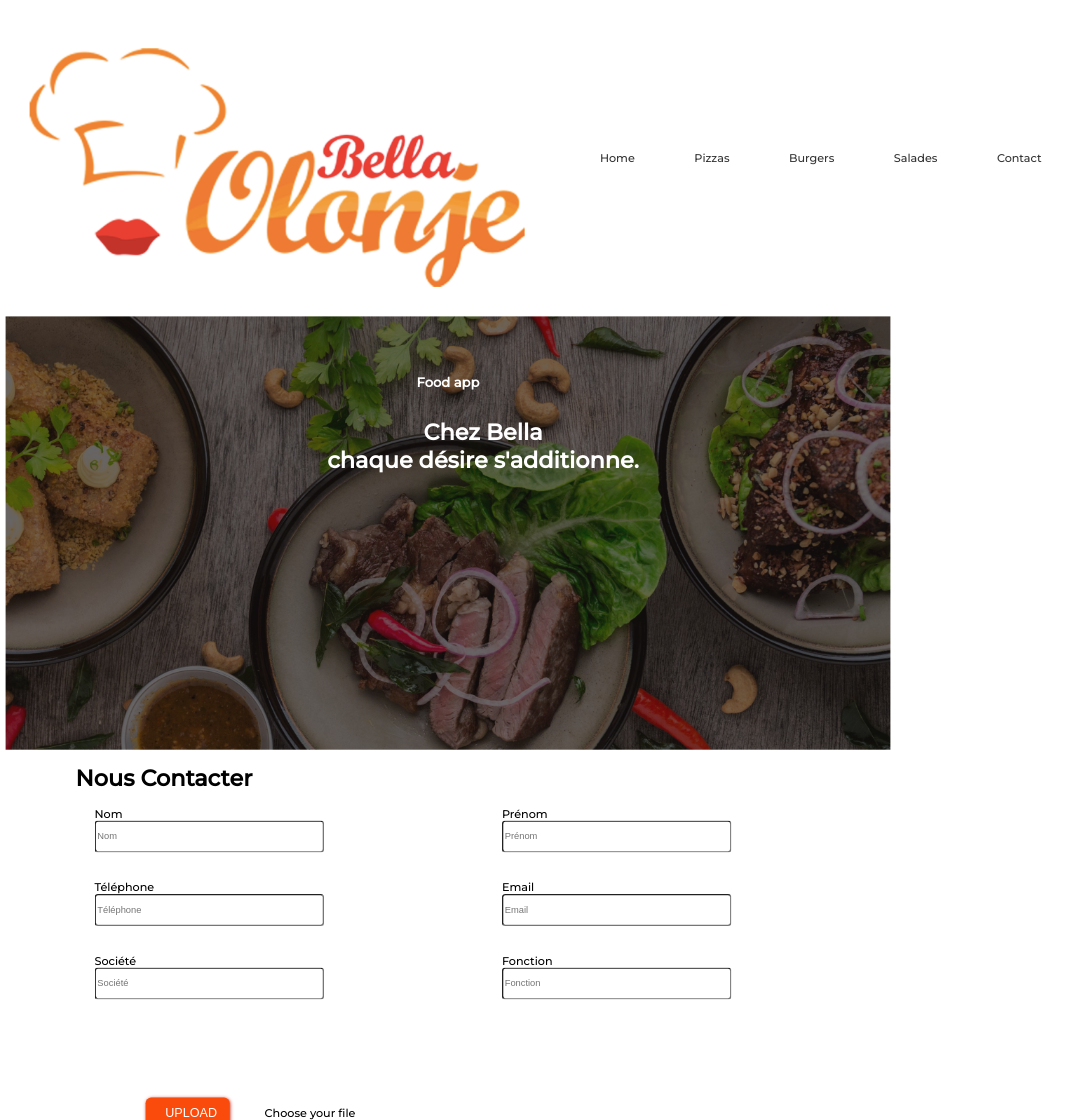
Repository: Ahlam-belhadj/bella-olange
Page: index3.html
An editor plug-in stored every save of this project. The page is shown before and after the next save, followed by the edit.
The browser window is 1280 px wide. The page is 1543 px wide, then 1280 px, then 1543 px, so the pictures cover 1543 px, including what lies to the right of the window. The pictures show the part of the page from y = 0 to 1600 px (the page is 2792 px tall before and 2787 px after), at 70% of full size.

Above is the page before, as saved 2023-02-14 16:43:13.

### index3.html
<!DOCTYPE html>
<html lang="en">

<head>
    <meta charset="UTF-8">
    <meta http-equiv="X-UA-Compatible" content="IE=edge">
    <meta name="viewport" content="width=device-width, initial-scale=1.0">
    <link rel="stylesheet" href="style3.css">
    <script src="https://www.google.com/recaptcha/api.js" async defer></script>
    <title>Bella olanje</title>
</head>

<body>
    <header>

        <nav>
            <ul class="nav-bar">
                <div class="logo"><a href='#'><img src="image/logo_bella_olonje.png" alt="jsp"></a></div>
                <input type="checkbox" id="check" />
                <span class="menu">
                    <li><a href="index.html" class="nav-link">Home</a></li>
                    <li><a href="#pizza" class="nav-link">Pizzas</a></li>
                    <li><a href="#burger" class="nav-link">Burgers</a></li>
                    <li><a href="#salades" class="nav-link">Salades</a></li>
                    <li><a href="index3.html" class="nav-link">Contact</a></li>
                    <label for="check" class="close-menu"><i class="fas fa-times"></i></label>
                </span>
                <label for="check" class="open-menu"><i class="fas fa-bars"></i></label>
            </ul>
        </nav>
        <div class="title">
            <div class="texte">
                <h3>Food app</h3>
                <h1>Chez Bella <br>
                    chaque désire s'additionne.</h1>
            </div>
        </div>
    </header>
    <main>
    <div class="information">
        <form>
            <h1>Nous Contacter</h1>
            <div class="commande">
                <div class="info1">
                    <div class="label">
                        <label>Nom</label>
                        <br>
                        <input type="text" placeholder="Nom">
                    </div>
                    <div class="label">
                        <label>Prénom</label>
                        <br>
                        <input type="text" placeholder="Prénom">
                    </div>
                </div>
                <div class="info2">
                    <div class="label">
                        <label>Téléphone</label>
                        <br>
                        <input type="text" placeholder="Téléphone">
                    </div>
                    <div class="label">
                        <label>Email</label>
                        <br>
                        <input type="email" placeholder="Email">
                    </div>
                </div>
                <div class="info1">
                    <div class="label">
                        <label>Société</label>
                        <br>
                        <input type="text" placeholder="Société">
                    </div>
                    <div class="label">
                        <label>Fonction</label>
                        <br>
                        <input type="email" placeholder="Fonction">
                    </div>
                </div>

            </div>
        </form>
    </div>


    <div class="chose">
        <div class="div_button">
            <button class="button1" type="button">UPLOAD</button>
            <p>Choose your file</p>
        </div>
    </div>

    <div>
        <div class="g-recaptcha toto" data-sitekey="6Lff4ygkAAAAABA1RWNuq8ewgkRZaDD-yAWqFs1t"></div>
    </div>

    <div class="grp_choose">
        <div class="choose_message">
            <div class="label_choose">
                <label>Objet</label><br>
                <input type="text" placeholder="Objet">
            </div>
            <div class="label_message">
                <label>Message</label><br>
                <textarea placeholder="Message"></textarea>
            </div>
        </div>
    </div>


    <div class="maps">
        <iframe
            src="https://www.google.com/maps/embed?pb=!1m18!1m12!1m3!1d6464.54830951471!2d2.4294808287259815!3d48.785241545980085!2m3!1f0!2f0!3f0!3m2!1i1024!2i768!4f13.1!3m3!1m2!1s0x47e67344bd2d57f1%3A0x2a84a845271b523a!2sAFPA!5e0!3m2!1sfr!2sfr!4v1674668360985!5m2!1sfr!2sfr"
            width="600" height="450" style="border:0;" allowfullscreen="" loading="lazy"
            referrerpolicy="no-referrer-when-downgrade"></iframe>
    </div>


    <div class="button1">
        <button class="button">Envoyer</button>
    </div>
</main>
</body>

</html>

### style3.css
@import url('https://fonts.googleapis.com/css2?family=Montserrat:wght@100;200;500&display=swap');

body {
    font-family: Montserrat, sans-serif;
}
main {
    overflow-x: hidden;
  }


  .nav-bar {
      width: 100%;
      display: flex;
      justify-content: space-between;
      align-items: center;
      list-style: none;
      position: relative;
      background-color: #FFF;
      padding: 12px 20px;
  }

  .menu {
      display: flex;
  }

  .menu li {
      padding-left: 30px;
      padding-right: 55px;
  }

  .menu li a {
      display: inline-block;
      text-decoration: none;
      color: #333;
      text-align: center;
      position: relative;
  }

  .menu li a:hover {
      color: #FA4A0C;
  }

  .open-menu {
      position: absolute;
      color: #FA4A0C;
      cursor: pointer;
      font-size: 1.5rem;
      display: none;
  }

  .close-menu {
      position: absolute;
      color: #333;
      cursor: pointer;
      font-size: 1.5rem;
      display: none;
      padding: 10px;
  }

  .open-menu {
      top: 50%;
      right: 20px;
      transform: translateY(-50%);
  }

  .close-menu {
      top: 20px;
      right: 20px;
  }

  #check {
      display: none;
  }

  @media(max-width: 920px) {
      .menu {
          flex-direction: column;
          align-items: center;
          width: 60%;
          height: 100vh;
          position: fixed;
          top: 0;
          right: -100%;
          z-index: 100;
          background-color: rgb(255, 88, 70);
          transition: all 0.2s ease-in-out;
          padding-top: 100px;
      }

      .menu li {
          margin-top: 40px;
      }

      .menu li a {
          padding: 10px;
          color: #FFF;
      }

      .open-menu {
          display: block;
          padding-right: 25px;
          padding-top: 13px;
      }

      .close-menu {
          display: block;
          color: #FFF;
          padding-right: 25px;
          padding-top: 22px;
      }

      #check:checked~.menu {
          right: 0;
      }

      .menu li a:hover {
          color: #333;
      }

      .nav-link {
          font-family: Montserrat;
          letter-spacing: .8px;
      }
  }


/* .toto {
    width: 50%;
    border: #B73227 1px;
} */




.title {
    background-image: url(image/Rectangle\ 48.png);
    height: 619px;
    background-repeat: no-repeat;
    background-position: center;
    background-size: cover;



}

.texte {
    color: white;
    display: flex;
    align-items: center;
    justify-content: center;
    flex-direction: column;
    text-align: center;
    height: 50%;
}

/* header */

h1 {
    padding-left: 100px;
}


h2 {
    text-align: center;
    padding-bottom: 20px;
}

.info1 {
    display: flex;
    justify-content: space-around;
    padding-right: 100px;
}

.info2 {
    display: flex;
    justify-content: space-around;
    padding-right: 100px;
}

input {
    width: 320px;
    height: 40px;
    border-radius: 5px;
    margin-bottom: 40px;

}


.maps {
    display: flex;

    padding-left: 200px;
}

iframe {
    width: 941px;
    height: 500px;
    left: 100px;
    top: 1875px;

}


/* button */
button {
    border: 0;
    line-height: 2.5;
    width: 120px;
    padding: 0 18px;
    font-size: 18px;
    text-align: center;
    color: #fff;
    border-radius: 20px;
    background-color: #FA4A0C;
    box-shadow: 1px 1px 5px #B73227;


}

.button1 {
    display: flex;
    justify-content: end;
    margin: 50px 0px 35px 100px;
    border-radius: 8px;
}

p {
    margin-top: 63px;
    margin-left: 50px;
}

.btn {
    display: flex;
}


.div_button {
    padding: 50px 0px 35px 100px;
    display: flex;
}

/* button */


.chose {
    display: flex;
}

.grp_choose {
    padding-left: 200px;
}

.label_choose input {
    width: 938px;
    height: 35px;
    margin-bottom: 20px;
    margin-top: 10px;
    padding: 5px 12px;
    color: grey;
    border-radius: 5px;
    border-color: gray;
}

.label_message {
    padding-top: 25px;
}

textarea {
    width: 938px;
    height: 141px;
    margin-bottom: 20px;
    color: grey;
    border-color: gray;
    margin-top: 12px;
    padding: 10px 10px 80px;
    outline: none;
    border-radius: 5px;
    resize: none;
}

.g-recaptcha {
    padding-left: 200px;
    margin-bottom: 60px;
}

@media (max-width:650px) {
    .info1 {
        display: flex;
        flex-direction: column;
        padding-left: 15%;
    }

    .info2 {
        display: flex;
        flex-direction: column;
        padding-left: 15%;
    }

    .chose {

        padding-left: 20%;
    }

    .div_button {
        padding: 0px;
    }

    .g-recaptcha {
        margin-top: 40px;
        padding-left: 10%;
    }

    .grp_choose {
        /* padding-left: 0px; */
        padding-left: 15%;
    }

    .label_choose input {
        width: 300px;
    }

    textarea {
        width: 300px;
    }

    .maps {
        padding-left: 0px;
    }

    iframe {
        width: 400px;
        height: 200px;
        top: 1875px;
        padding-left: 10%;

    }

    .button1 {

        justify-content: center;
        margin: 50px 0px 0px 0px;

    }
}

@media screen and (min-width:651px) and (max-width:1199px) {
    .information {
        display: flex;
        justify-content: center;
    }

    .info1 {
        display: flex;
        flex-direction: column;
        padding-left: 20%;
    }

    .info2 {
        display: flex;
        flex-direction: column;
        padding-left: 20%;
    }

    .chose {

        padding-left: 35%;
    }

    .div_button {
        padding: 0px;
    }

    .g-recaptcha {
        margin-top: 40px;
        padding-left: 30%;
    }

    .grp_choose {

        display: flex;
        justify-content: center;

        padding-left: 20%;
    }

    .label_choose input {

        width: 550px;

    }

    textarea {
        width: 550px;
    }

    .maps {
        padding-left: 180px;
    }

    iframe {
        width: 700px;
        height: 400px;
        top: 1875px;


    }

    .button1 {

        justify-content: center;
        margin: 50px 0px 0px 0px;

    }

    h1 {
        text-align: center;
    }

    input {
        width: 550px;
    }


}

After the next save:
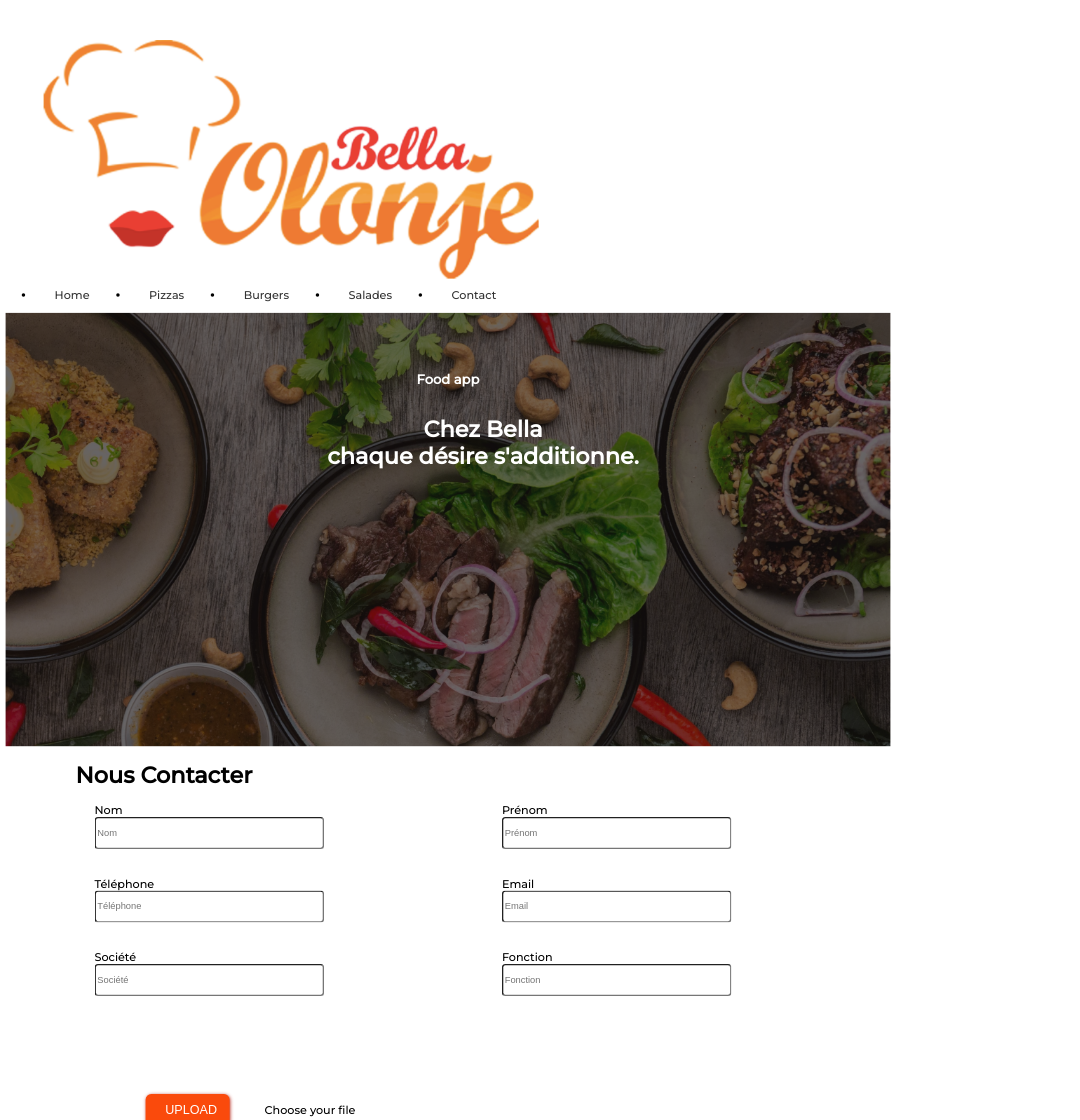
Saved 2 min 35 s later.
--- a/style3.css
+++ b/style3.css
@@ -7,7 +7,7 @@
     overflow-x: hidden;
   }
 
-
+lo
   .nav-bar {
       width: 100%;
       display: flex;

After the 2 saves that followed:
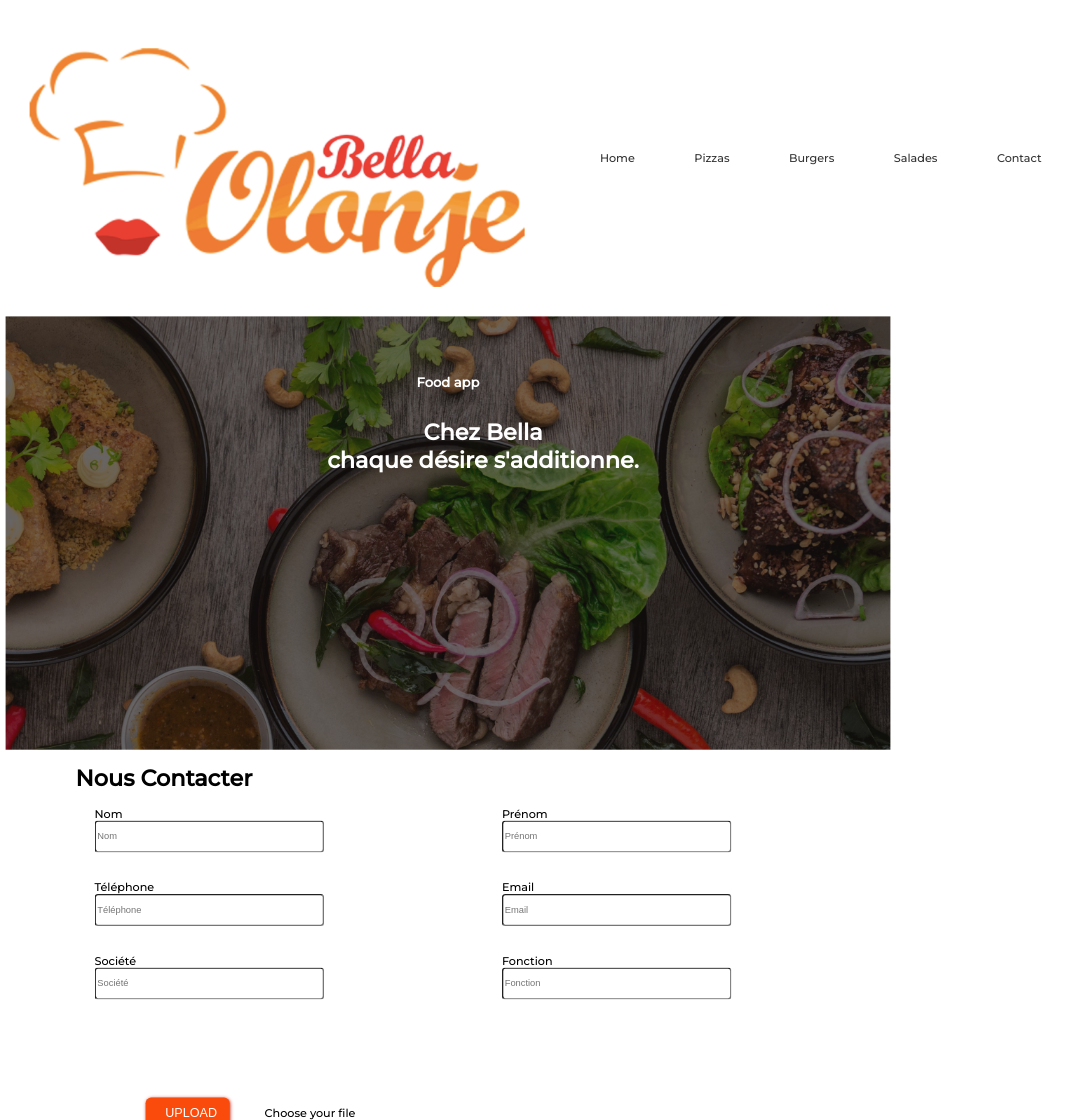
The 2 saves are shown as one change because 1 left the picture as it was.
The last was saved 9 s later.
--- a/style3.css
+++ b/style3.css
@@ -7,7 +7,9 @@
     overflow-x: hidden;
   }
 
-lo
+.logo{
+    width: 80%;
+}
   .nav-bar {
       width: 100%;
       display: flex;
